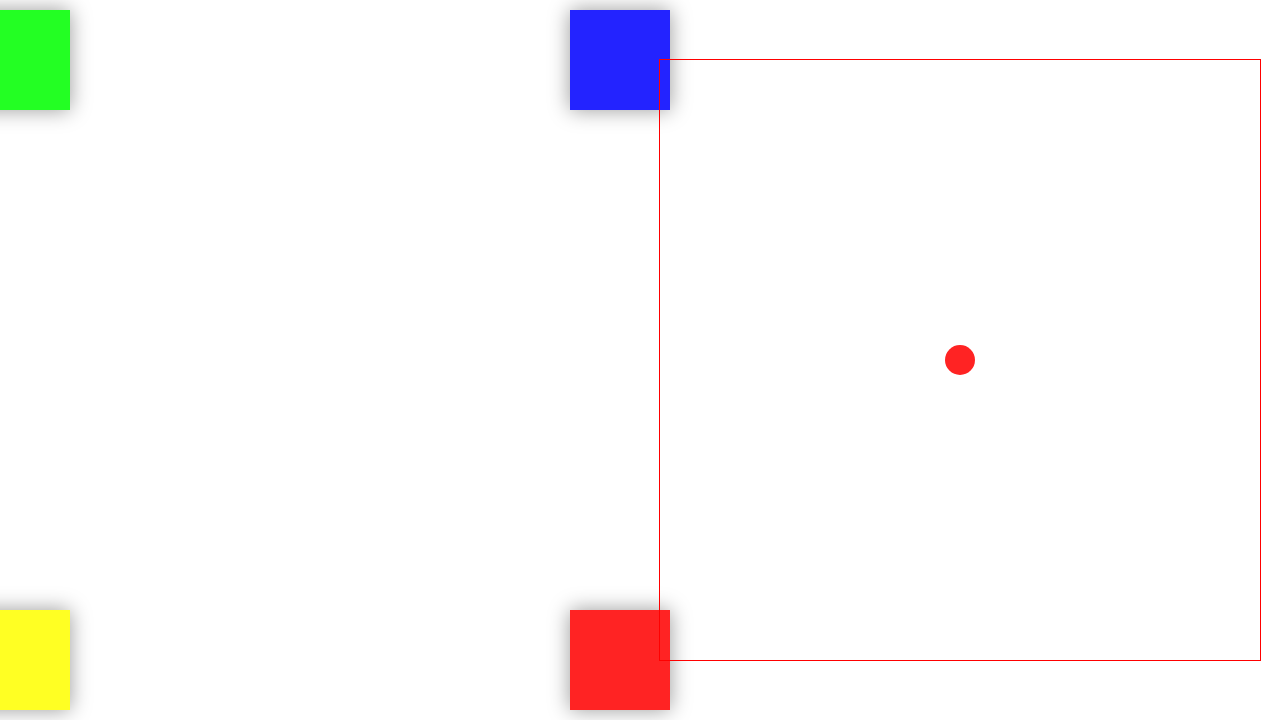
Repository: randgars/game
Page: index.html
These files come from the project's save history. The page is drawn as it stood at one moment and after the next save; the edit follows.
The browser window is 1280 px wide. The pictures show the whole page.

Above is the page before, as saved 2017-09-29 16:49:35.

### index.html
<!DOCTYPE html>
<html lang="en">
<head>
    <meta charset="UTF-8">
    <meta name="viewport" content="width=device-width, initial-scale=1.0">
    <meta http-equiv="X-UA-Compatible" content="ie=edge">
    <title>Document</title>
    <link rel="stylesheet" href="./style.css">
    <script type="text/javascript" src="./index.js"></script>
</head>
<body>
    <div class="wrapper">
        <div class="square first"></div>
        <div class="square second"></div>
        <div class="square third"></div>
        <div class="square fourth"></div>
    </div>

    <div id="wrapper" class="wrapper">
        <div id="circle" class="circle"></div>
    </div>

    <div class="coordinates">
        <span id="x"></span>
        <span id="y"></span>
        <span id="x2"></span>
        <span id="y2"></span>
        <span id="counter"></span>
    </div>
</body>
</html>

### style.css
body {
    padding: 0;
    margin: 0;
    display: flex;
    justify-content: space-around;
    align-items: center;
    height: 100vh;
}
.wrapper {
    position: relative;
    width: 600px;
    height: 600px;
}
.square {
    height: 100px;
    width: 100px;
    box-shadow: 0 0 20px rgba(0, 0, 0, .4);
    position: absolute;
}
.first {
    animation-name: first;
    animation-duration: 5s;
    animation-iteration-count: infinite;
    animation-timing-function: linear;
    background-color: rgba(35, 255, 35, 1);
    top: calc(0% - 50px);
    left: calc(0% - 50px);
}
.second {
    animation-name: second;
    animation-duration: 5s;
    animation-iteration-count: infinite;
    animation-timing-function: linear;
    background-color: rgba(35, 35, 255, 1);
    top: calc(0% - 50px);
    left: calc(100% - 50px);
}
.third {
    animation-name: third;
    animation-duration: 5s;
    animation-iteration-count: infinite;
    animation-timing-function: linear;
    background-color: rgb(255, 35, 35);
    top: calc(100% - 50px);
    left: calc(100% - 50px);
}
.fourth {
    animation-name: fourth;
    animation-duration: 5s;
    animation-iteration-count: infinite;
    animation-timing-function: linear;
    background-color: rgba(255, 255, 35, 1);
    top: calc(100% - 50px);
    left: calc(0% - 50px);
}

.first:hover, .second:hover, .third:hover, .fourth:hoer {
    animation-play-state: paused;
}

@keyframes first {
    from {
        transform: rotate(360deg);
    }
    25% {
        background-color: rgba(35, 35, 255, 1);
    }
    50% {
        top: calc(100% - 50px);
        left: calc(100% - 50px);
        background-color: rgb(255, 35, 35);
    }
    75% {
        background-color: rgba(255, 255, 35, 1);
    }
    to {
        transform: rotate(0deg);
    }
}
@keyframes second {
    from {
        transform: rotate(0deg);
    }
    25% {
        background-color: rgb(255, 35, 35);
    }
    50% {
        top: calc(100% - 50px);
        left: calc(0% - 50px);
        background-color: rgba(255, 255, 35, 1);
    }
    75% {
        background-color: rgba(35, 255, 35, 1);
    }
    to {
        transform: rotate(360deg);
    }
}
@keyframes third {
    from {
        transform: rotate(360deg);
    }
    25% {
        background-color: rgba(255, 255, 35, 1);
    }
    50% {
        top: calc(0% - 50px);
        left: calc(0% - 50px);
        background-color: rgba(35, 255, 35, 1);
    }
    75% {
        background-color: rgba(35, 35, 255, 1);
    }
    to {
        transform: rotate(0deg);
    }
}
@keyframes fourth {
    from {
        transform: rotate(0deg);
    }
    25% {
        background-color: rgba(35, 255, 35, 1);
    }
    50% {
        top: calc(0% - 50px);
        left: calc(100% - 50px);
        background-color: rgba(35, 35, 255, 1);
    }
    75% {
        background-color: rgb(255, 35, 35);
    }
    to {
        transform: rotate(360deg);
    }
}

#wrapper {
    border: solid 1px red;
}

.circle {
    border-radius: 100%;
    background-color: rgb(255, 35, 35);
    position: absolute;
    top: calc(50% - 15px);
    left: calc(50% - 15px);
    width: 30px;
    height: 30px;
    transition: left 1s, top 1s;
}
.circle:hover {
    cursor: pointer;
}
.coordinates {
    display: flex;
    flex-direction: column;
    position: fixed;
    right: 50px;
    top: 50px;
}

### index.js
var elem;
var circle;
var pointX;
var pointY;
var cursorX;
var cursorY;
var pointY;
var pointY;
var pointY;
var circleTop;
var circleLeft;
var circleBottom;
var circleRight;
var value;
var fieldTop;
var fieldLeft;
var fieldBottom;
var fieldRight;

var clicksCounter = 0;

window.onload = function() {
    elem = document.getElementById("wrapper");
    elem.addEventListener("mousemove", mouseMove);
    elem.addEventListener("click", removeClick);

    circle = document.getElementById("circle");
    circle.addEventListener("click", addClick);
}

function addClick() {
    event.stopPropagation()
    return clicksCounter++;
}

function removeClick() {
    return clicksCounter--;
}

function mouseMove() {

    // cursor coordinates
    cursorX = event.clientX - elem.offsetLeft;
    cursorY = event.clientY - elem.offsetTop;

    // circle coordinates
    circleTop = circle.offsetTop;
    circleLeft = circle.offsetLeft;
    circleBottom = circle.offsetTop + circle.clientHeight;
    circleRight = circle.offsetLeft + circle.clientWidth;

    //protective field coordinates
    value = 0;
    fieldTop = circleTop - value;
    fieldLeft = circleLeft - value;
    fieldBottom = circleBottom + value;
    fieldRight = circleRight + value;

    // if (x < 0 || x > elem.clientWidth || y < 0 || y > elem.clientHeight) {
    //     circle.style.left = "calc(50% - 25px)";
    //     circle.style.top = "calc(50% - 25px)";
    // } else {
    //     circle.style.left = x - 25 + "px";
    //     circle.style.top = y - 25 + "px";
    // }
    pointX = getRandomPoint(0, elem.clientWidth + 1);
    pointY = getRandomPoint(0, elem.clientHeight + 1);

    if ((cursorX > fieldLeft &&  cursorX < fieldRight) && (cursorY > fieldTop && cursorY < fieldBottom)) {
        circle.style.top = pointY + "px";
        circle.style.left = pointX + "px";
    }

    document.getElementById('x').innerHTML="cursor x: " + cursorX;
    document.getElementById('y').innerHTML="cursor y: " + cursorY;
    document.getElementById('x2').innerHTML="point x: " + pointX;
    document.getElementById('y2').innerHTML="point y: " + pointY;

    document.getElementById('counter').innerHTML="clicks: " + clicksCounter;
}


function getRandomPoint(min, max) {
    return Math.floor(Math.random() * (max - min)) + min;
}

After the next save:
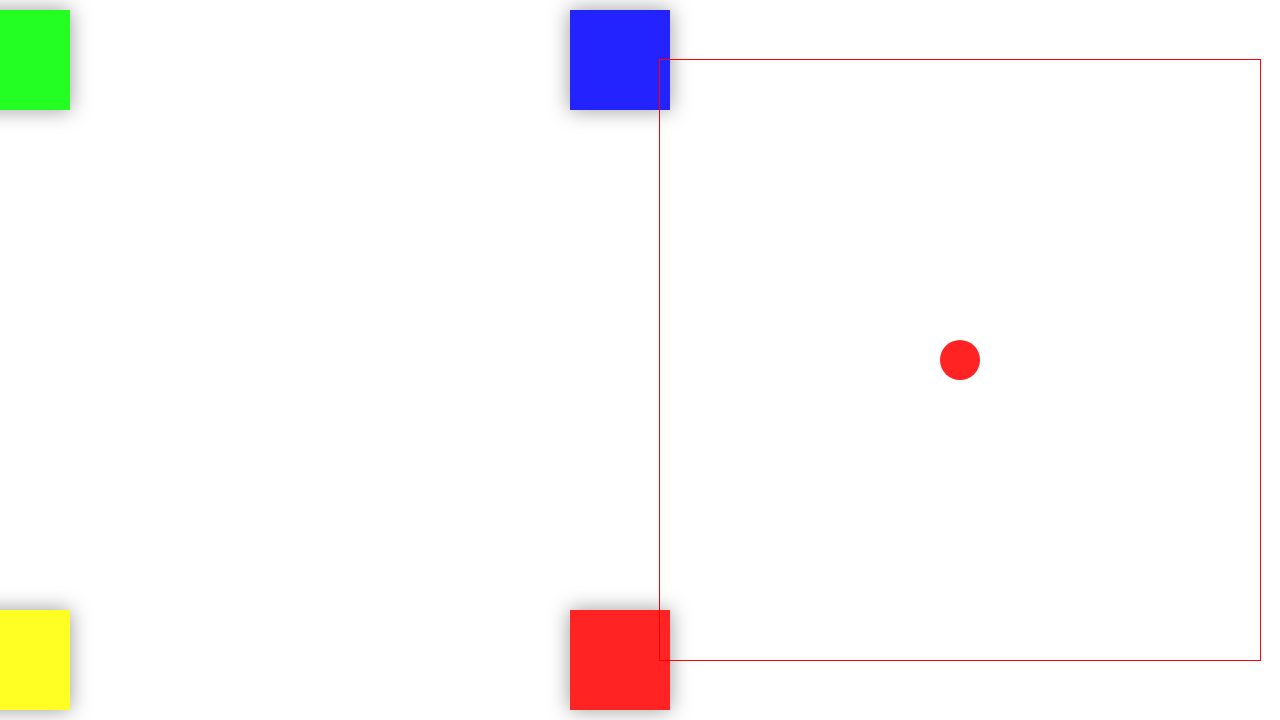
Saved 11 s later.
--- a/style.css
+++ b/style.css
@@ -143,10 +143,10 @@ body {
     border-radius: 100%;
     background-color: rgb(255, 35, 35);
     position: absolute;
-    top: calc(50% - 15px);
-    left: calc(50% - 15px);
-    width: 30px;
-    height: 30px;
+    top: calc(50% - 20px);
+    left: calc(50% - 20px);
+    width: 40px;
+    height: 40px;
     transition: left 1s, top 1s;
 }
 .circle:hover {
